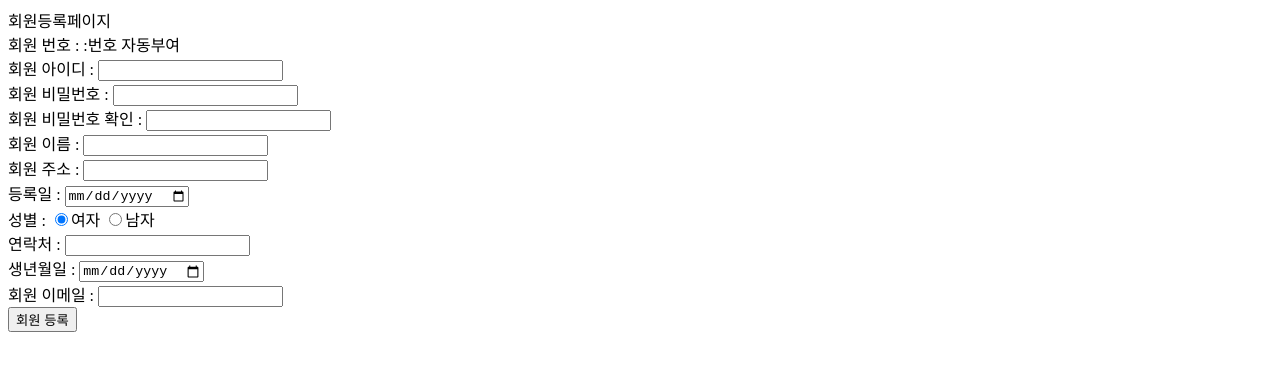
Repository: Ileok/kosa
Page: http://localhost/kosaShoppingMall/view/member/memberForm.jsp
An editor plug-in stored every save of this project. The page is shown before and after the next save, followed by the edit.
The browser window is 1280 px wide. The pictures show the whole page.
The page is served by Tomcat 9. Other server files are loaded and not shown.

Above is the page before, as saved 2022-02-07 02:07:21.

### kosaShoppingMall/src/main/webapp/view/member/memberForm.jsp
<%@ page language="java" contentType="text/html; charset=utf-8"
    pageEncoding="utf-8"%>
<!DOCTYPE html>
<html>
<head>
<meta charset="UTF-8">
<title>Insert title here</title>
</head>
<body>
회원등록페이지<br/>
<form:form action="memberRegist" method="post" name="frm" id="frm" modelAttribute="memberCommand">
회원 번호 : <form:input path="memberNum" readonly="readonly">:번호 자동부여
		<form:errors path="memberNum" /><br/>
회원 아이디 : <input type="text" name="memberId"/>
<form:errors path="memberId" /><br/>

회원 비밀번호 : <input type="password" name="memberPw" />
<form:errors path="memberPw" /><br/>

회원 비밀번호 확인 : <input type="password" name="memberPwCon"  />
<form:errors path="memberPwCon" /><br/>

회원 이름 :  <input type="text" name="memberName" />
<form:errors path="memberName" /><br/>

회원 주소 :  <input type="text" name="memberAddr"  />
<form:errors path="memberAddr" /><br/>

등록일 :  <input type="date" name="memberRegist" />
<form:errors path="memberRegist" /><br/>

성별 : <input type="radio" name="gender" value="F" checked/>여자
	 <input type="radio" name="gender" value="M"/>남자
	 <form:errors path="gender" /><br/>

연락처 :   <input type="tel" name="memberPhone" />
<form:errors path="memberPhone" /><br/>

생년월일 : <input type="date" name="memberBirth" />
<form:errors path="memberBirth" /> <br/>

회원 이메일 : <input type="email" name="memberEmail" />
<form:errors path="memberEmail" /><br/>

<input type="submit" value="회원 등록"/>
</form:form>
</body>
</html>

After the next save:
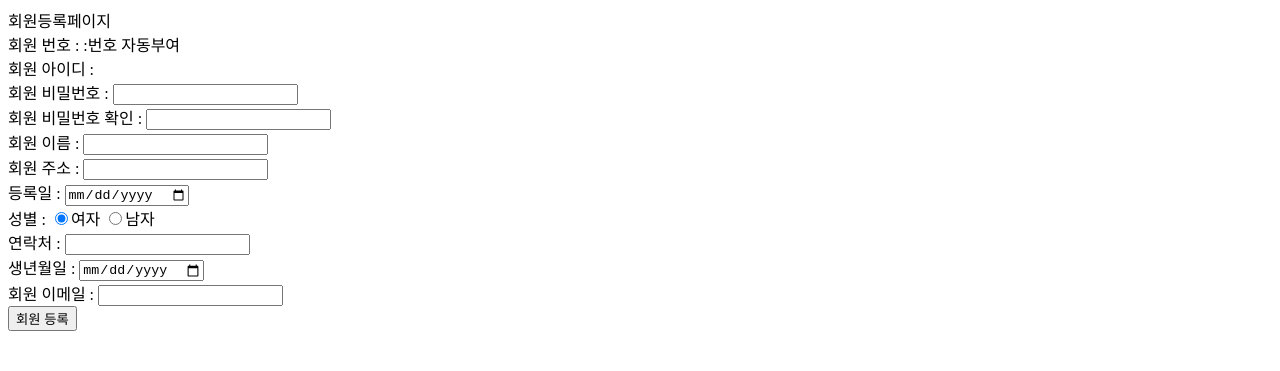
Saved 30 s later.
--- a/kosaShoppingMall/src/main/webapp/view/member/memberForm.jsp
+++ b/kosaShoppingMall/src/main/webapp/view/member/memberForm.jsp
@@ -11,7 +11,7 @@
 <form:form action="memberRegist" method="post" name="frm" id="frm" modelAttribute="memberCommand">
 회원 번호 : <form:input path="memberNum" readonly="readonly">:번호 자동부여
 		<form:errors path="memberNum" /><br/>
-회원 아이디 : <input type="text" name="memberId"/>
+회원 아이디 : <form:input path="memberId"/>
 <form:errors path="memberId" /><br/>
 
 회원 비밀번호 : <input type="password" name="memberPw" />
